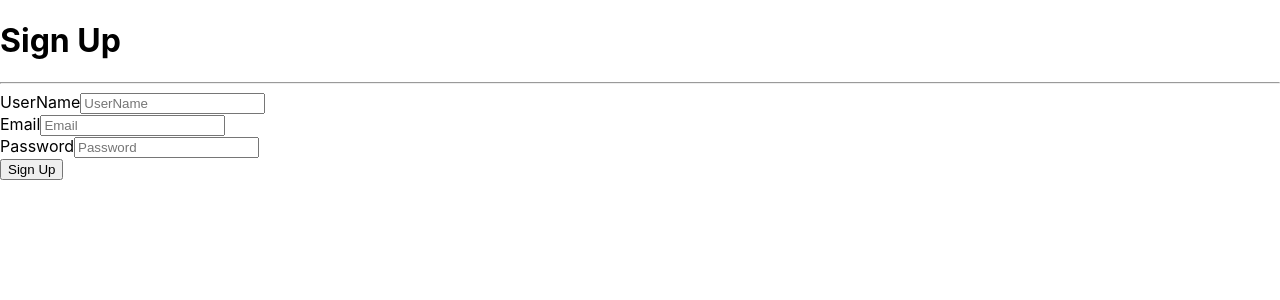
Repository: tosaken1116/Backs-of-seniors-hackathon
Page: /components/SignUpModal
These files come from the project's save history. The page is drawn as it stood at one moment and after the next save; the edit follows.
The browser window is 1280 px wide. The pictures show the whole page.
The project was rebuilt for these pictures with package versions that can differ from the ones it lists, and the page was loaded fresh each time. The framework's server and built-in components were replaced by stand-ins that run in the browser. Also part of the build but not shown: next.config.js.

Above is the page before, as saved 2022-07-16 11:27:11.

After the next save:
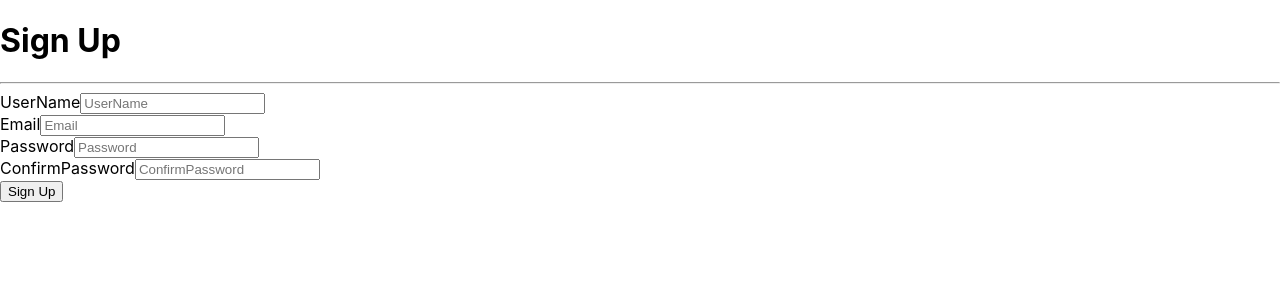
Saved 9 min 8 s later.
--- a/pages/components/SignUpModal.tsx
+++ b/pages/components/SignUpModal.tsx
@@ -17,6 +17,14 @@
             <label>Password</label>
             <input type="text" placeholder="Password" name="password" />
           </div>
+          <div className="formField">
+            <label>ConfirmPassword</label>
+            <input
+              type="text"
+              placeholder="ConfirmPassword"
+              name="confirmpassword"
+            />
+          </div>
           <button className="SubmitButton">Sign Up</button>
         </div>
       </form>

After the save that followed:
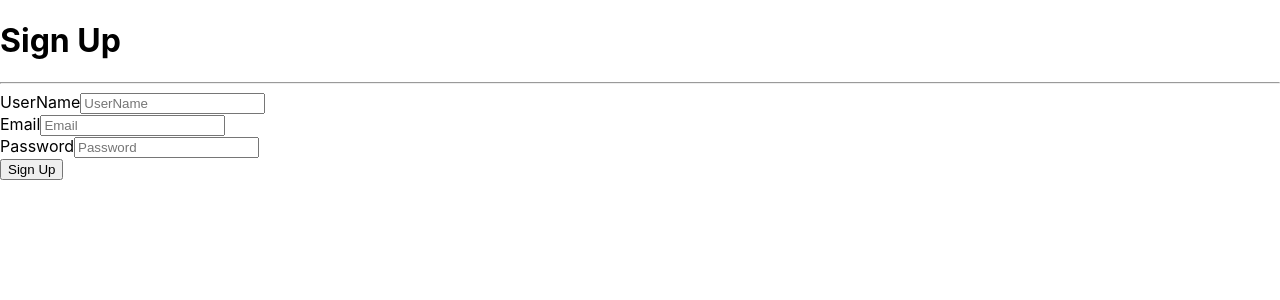
Saved 55 s later.
--- a/pages/components/SignUpModal.tsx
+++ b/pages/components/SignUpModal.tsx
@@ -17,14 +17,6 @@
             <label>Password</label>
             <input type="text" placeholder="Password" name="password" />
           </div>
-          <div className="formField">
-            <label>ConfirmPassword</label>
-            <input
-              type="text"
-              placeholder="ConfirmPassword"
-              name="confirmpassword"
-            />
-          </div>
           <button className="SubmitButton">Sign Up</button>
         </div>
       </form>
